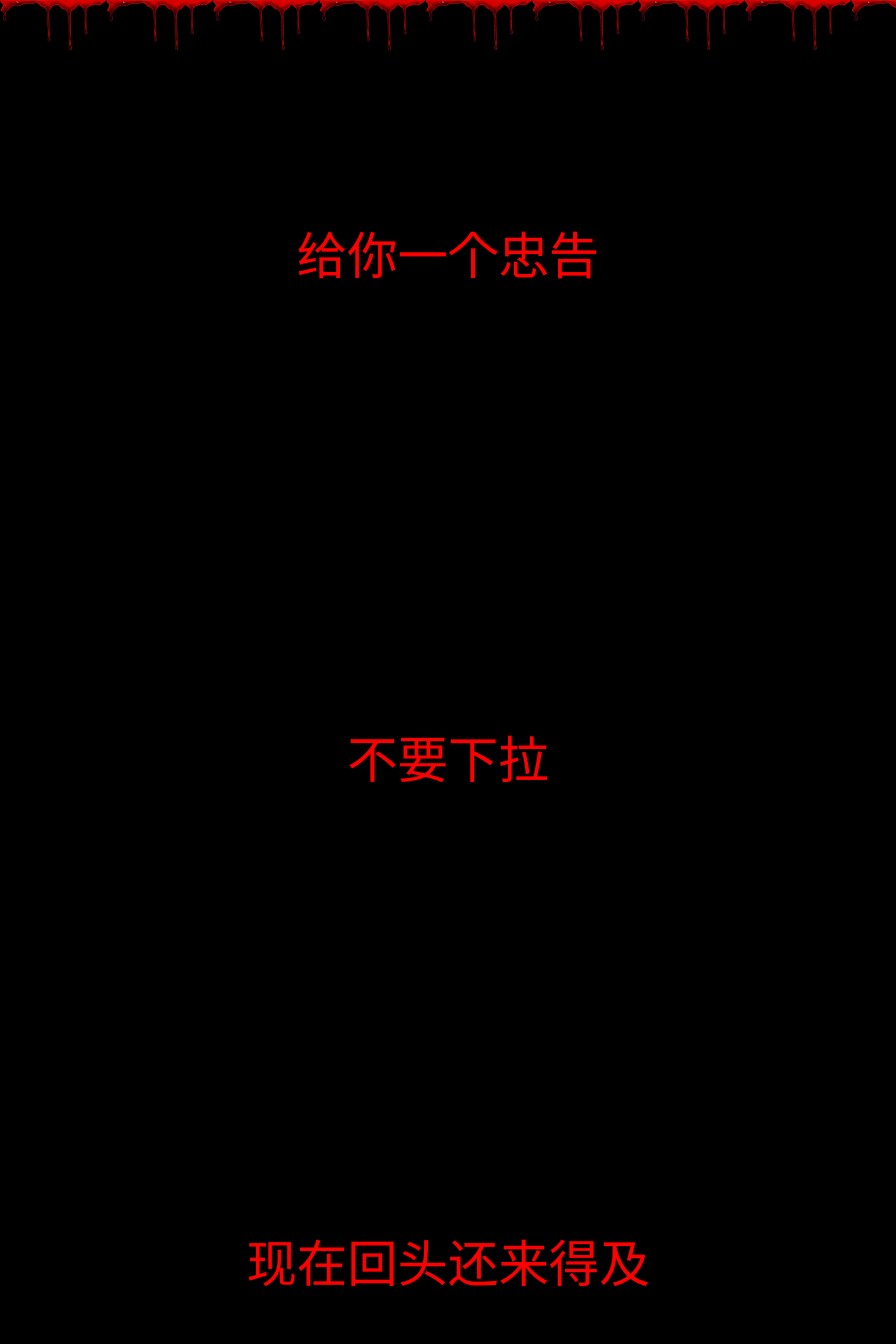
Repository: PUYIXIU/CSSMagic
Page: Animation/ScrollDrivenAnimation/index.html
The author's editor kept a copy of each file at every save. The page is drawn from the files as they stood at one save, then again after the next save.
The browser window is 1280 px wide. The pictures show the part of the page from y = 0 to 1920 px (the page is 12960 px tall), at 70% of full size.
Some web fonts or font styles are not loaded; a fallback is used.

Above is the page before, as saved 2024-09-03 11:26:53.

After the next save:
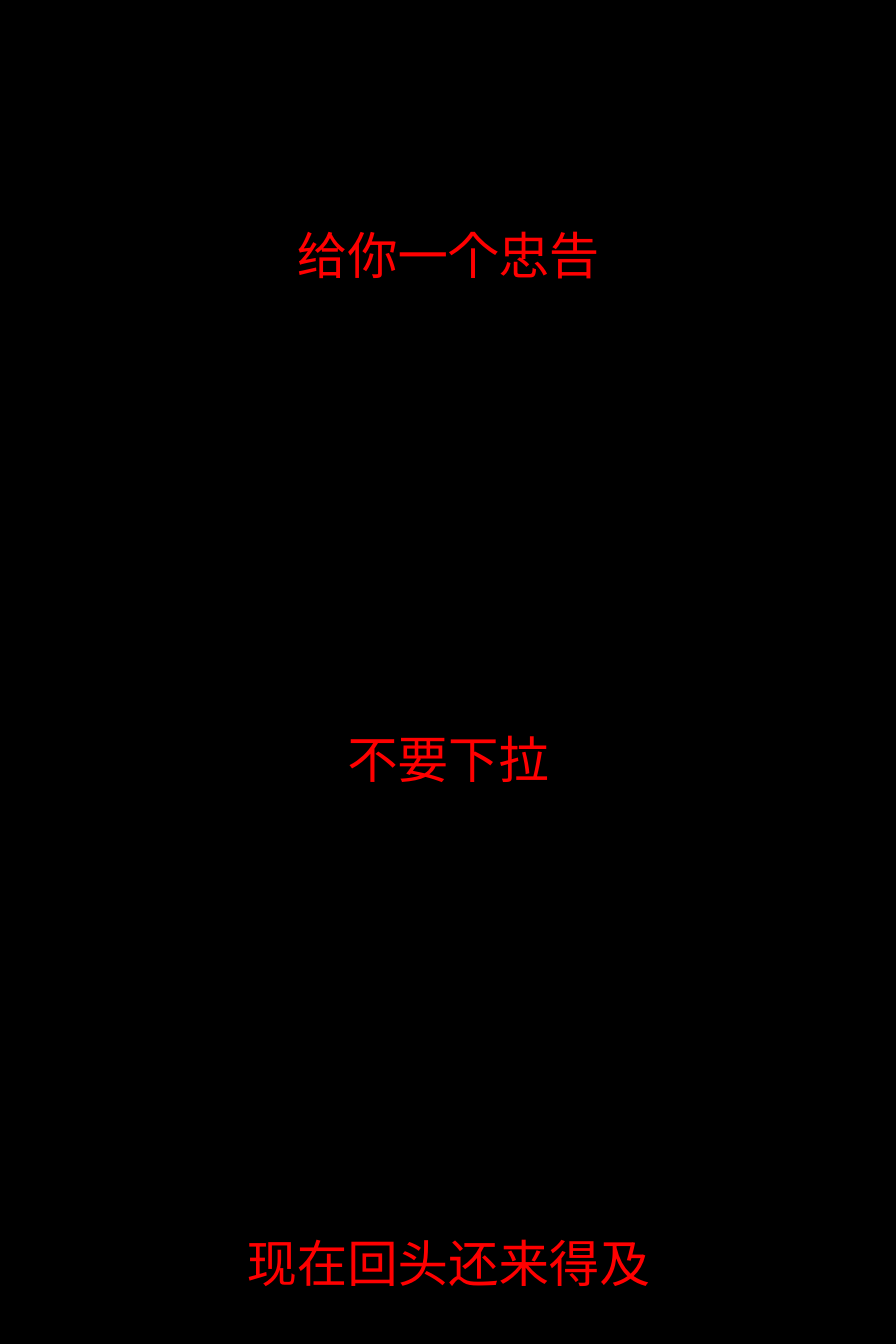
Saved 14 s later.
--- a/Animation/ScrollDrivenAnimation/index.html
+++ b/Animation/ScrollDrivenAnimation/index.html
@@ -32,8 +32,8 @@
             position:fixed;
             top:0;
             left:0;
-            /* animation:progress-grow forwards linear;
-            animation-timeline: scroll(root); */
+            animation:progress-grow forwards linear;
+            animation-timeline: scroll(root);
         }
         .kanban{
             height:100vh;
